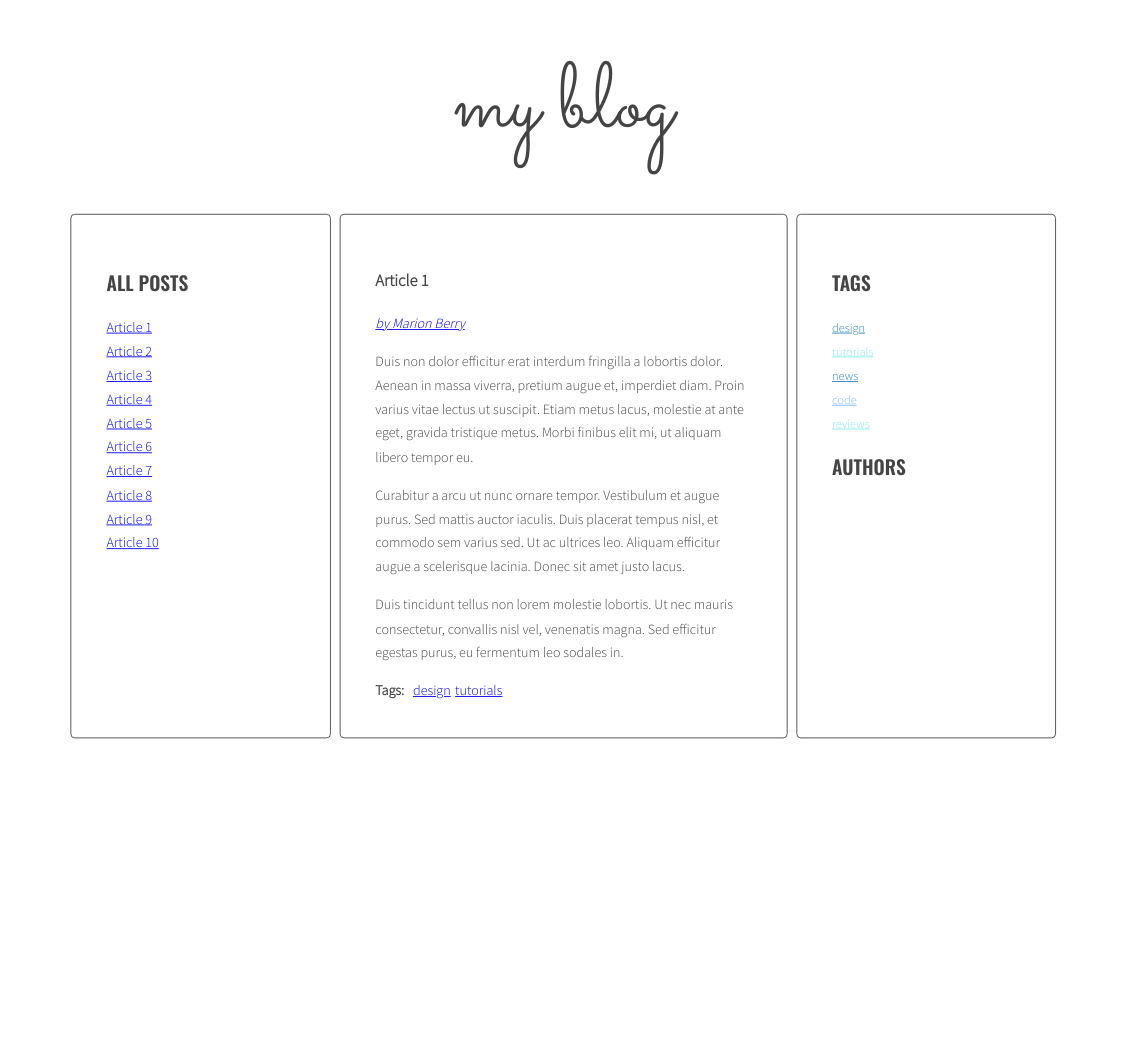
Repository: ulasup/javascript-blog
Page: index.html
The author's editor kept a copy of each file at every save. The page is drawn from the files as they stood at one save, then again after the next save.
The browser window is 1280 px wide. The pictures show the whole page, at 88% of full size.
The style sheet was rebuilt from its Sass, Less or Tailwind sources for each picture, by a compiler version that may differ from the author's.

Above is the page before, as saved 2020-12-21 18:14:25.

After the next save:
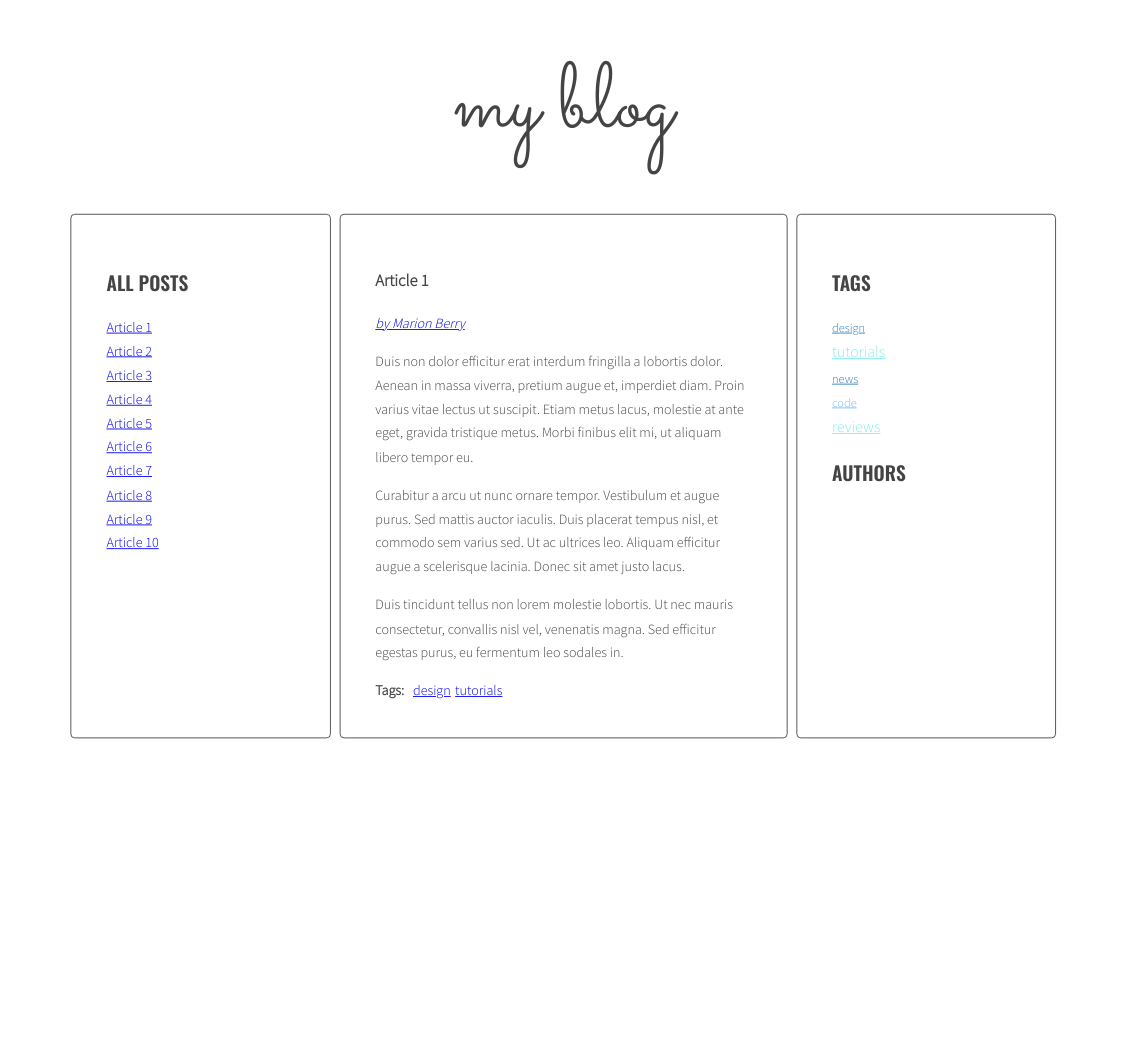
Saved 29 s later.
--- a/sass/style.scss
+++ b/sass/style.scss
@@ -131,7 +131,7 @@ body {
 
 .tag-size-1 {
   color: #81ecec;
-  font-size: 14px;
+  font-size: 18px;
 }
 .tag-size-2 {
   color: #55efc4;
